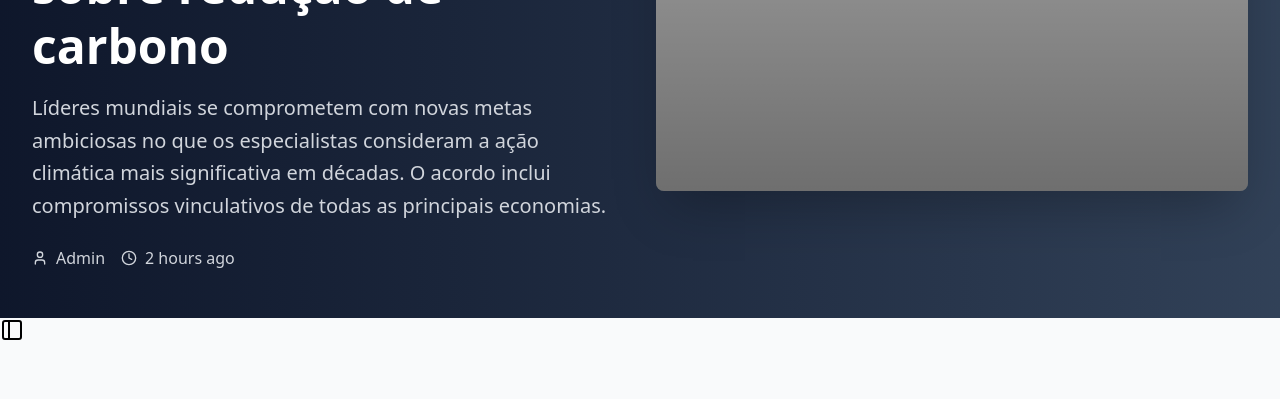
Repository: estevam02009/news-blog
Page: /
An editor plug-in stored every save of this project. The page is shown before and after the next save, followed by the edit.
The browser window is 1280 px wide. The pictures show the part of the page from y = 321 to 1273 px (the page is 720 px tall before and 1273 px after).
Pictures or frames that could not be fetched are drawn as grey boxes. The project was rebuilt for these pictures with package versions that can differ from the ones it lists, and the page was loaded fresh each time. Also part of the build but not shown: vite.config.ts.

Above is the page before, as saved 2025-08-08 19:01:24.

### index.html
<!doctype html>
<html lang="pt-BR">
  <head>
    <meta charset="UTF-8" />
    <link rel="icon" type="image/svg+xml" href="/vite.svg" />
    <meta name="viewport" content="width=device-width, initial-scale=1.0" />
    <title>News Blog</title>
  </head>
  <body>
    <div id="root"></div>
    <script type="module" src="/src/main.tsx"></script>
  </body>
</html>

### src/App.tsx
import { Sidebar } from "lucide-react"
import Header from "./components/Header"
import Hero from "./components/Hero"

function App() {

  return (
    <div className="min-h-screen bg-gray-50">
      <Header />
      <Hero />
      <Sidebar />
    </div>
  )
}

export default App

### src/components/Header.tsx
import React from 'react'
import { Search, Menu, Bell, User } from 'lucide-react'

const Header: React.FC = () => {
    return (
        <header className='bg-white shadow-sm border-b border-gray-200 sticky top-0 z-50'>
            <div className='max-w-7xl mx-auto px-4 sm:px-6 lg:px-8'>
                <div className='flex items-center justify-between h-16'>
                    {/* LOGO */}
                    <div className='flex items-center'>
                        <h1 className='text-2xl font-bold text-slate-800'>News Blog</h1>
                    </div>

                    {/* Desktop Navigation */}
                    <nav className='hidden md:flex items-center space-x-8'>
                        <a href='/' className='text-slate-700 hover:text-blue-600 font-medium transition-colors'>Home</a>
                        <a href='#' className='text-slate-700 hover:text-blue-600 font-medium transition-colors'>Politica</a>
                        <a href='#' className='text-slate-700 hover:text-blue-600 font-medium transition-colors'>Tecnologia</a>
                        <a href='#' className='text-slate-700 hover:text-blue-600 font-medium transition-colors'>Negócios</a>
                        <a href='#' className='text-slate-700 hover:text-blue-600 font-medium transition-colors'>Esportes</a>
                        <a href='#' className='text-slate-700 hover:text-blue-600 font-medium transition-colors'>Saúde</a>
                    </nav>

                    {/* Pesquisa e Ações */}
                    <div className='flex items-center space-x-4'>
                        <div className='relative hidden sm:block'>
                            <Search className='absolute top-1/2 left-3 transform -translate-y-1/2  h-4 w-4 text-gray-400' />
                            <input
                                type='text'
                                placeholder='Pesquisar...'
                                className='pl-10 pr-4 py-2 border border-gray-300 rounded-lg focus:ring-2 focus:ring-blue-500 focus:border-transparent w-64'
                            />
                        </div>
                        <button className='p-2 text-gray-600 hover:text-blue-600 transition-colors'>
                            <Bell className='h-5 w-5' />
                        </button>
                        <button className='p-2 text-gray-600 hover:text-blue-600 transition-colors'>
                            <User className='h-5 w-5' />
                        </button>
                        <button className='p-2 text-gray-600 hover:text-blue-600 transition-colors'>
                            <Menu className='h-5 w-5' />
                        </button>
                    </div>
                </div>
            </div>
        </header>
    )
}

export default Header

### src/components/Hero.tsx
import { Clock, User } from "lucide-react";
import React from "react";
// import { Clock, User } from "lucide-react";

const Hero: React.FC = () => {
    return (
        <section className="bg-gradient-to-r from-slate-900 to-slate-700 text-white py-12">
            <div className="max-w-7xl mx-auto px-4 sm:px-6 lg:px-8">
                <div className="grid grid-cols-1 lg:grid-cols-2 gap-8 items-center">
                    <div>
                        <span className="inline-block bg-red-600 text-white px-3 py-1 text-sm font-semibold rounded-full mb-4">
                            NOTÍCIA EM DESTAQUE
                        </span>
                        <h1 className="text-4xl lg:text-5xl font-bold mb-4 leading-tight">
                            Cúpula Global do Clima chega a acordo histórico sobre redução de carbono
                        </h1>
                        <p className="text-xl text-gray-300 mb-6 leading-relaxed">
                            Líderes mundiais se comprometem com novas metas ambiciosas no que os especialistas consideram a ação climática mais significativa em décadas. O acordo inclui compromissos vinculativos de todas as principais economias.
                        </p>
                        <div className="flex items-center space-x-4 text-gray-300">
                            <div className="flex items-center space-x-2">
                                <User className="h-4 w-4" />
                                <span>Admin</span>
                            </div>
                            <div className="flex items-center space-x-2">
                                <Clock className="h-4 w-4" />
                                <span>2 hours ago</span>
                            </div>
                        </div>
                    </div>
                    <div className="relative">
                        <img
                            src="https://images.pexels.com/photos/3622517/pexels-photo-3622517.jpeg?auto=compress&cs=tinysrgb&w=800"
                            alt="Climate Summit"
                            className="w-full h-80 object-cover rounded-lg shadow-2xl"
                        />
                        <div className="absolute inset-0 bg-gradient-to-t from-black/30 to-transparent rounded-lg"></div>
                    </div>
                </div>
            </div>
        </section>
    );
};

export default Hero;

### src/components/Sidebar.tsx
import { TrendingUp, Calendar } from "lucide-react";
import React from "react";

const Sidebar: React.FC = () => {

    const trendingTopics = [
        'Cúpula sobre Mudanças Climáticas',
        'Atualizações da Indústria de Tecnologia',
        'Perspectivas Econômicas Globais',
        'Inovação em Saúde',
        'Exploração Espacial',
    ]

    const popularArticles = [
        {
            title: 'Novo avanço da IA muda tudo',
            readTime: '5 minutos de leitura',
            views: '12.8k'
        },
        {
            title: 'Análise de Mercado: Previsões para o 4º Trimestre',
            readTime: '8 minutos de leitura',
            views: '18.2k'
        },
        {
            title: 'Revolução da Energia Sustentável',
            readTime: '6 minutos de leitura',
            views: '12.8k'
        },
    ]

    return (
        <aside className="lg:w-80">
            <div className="space-y-8">
                {/* Trending Topics */}
                <div className="bg-white rounded-lg shadow-md p-6">
                    <TrendingUp className="h-5 w-5 text-red-500" />
                    <h3 className="text-lg font-semibold text-gray-900">Tendências do Momento</h3>
                </div>
                <div className="space-y-3">
                    {trendingTopics.map((topic, index) => (
                        <div key={index} className="flex items-center justify-between">
                            <span className="text-gray-700 hover:text-blue-600 cursor-pointer transition-colors">
                                #{topic.replace(/\s+/g, '')}
                            </span>
                            <span className="text-sm text-gray-500">#{index + 1}</span>
                        </div>
                    ))}
                </div>
            </div>

            {/* Popular Articles */}
            <div className="bg-white rounded-lg shadow-md p-6">
                <div className="flex items-center space-x-2 mb-4">
                    <Calendar className="h-5 w-5 text-blue-500" />
                    <h3 className="text-lg font-semibold text-gray-900">Mais populares</h3>
                </div>
                <div className="space-y-4">
                    {popularArticles.map((article, index) => (
                        <div key={index} className="border-b border-gray-100 last:border-b-0 pb-4 last:pb-0">
                            <h4 className="font-medium text-gray-900 hover:text-blue-600 cursor-pointer transition-colors mb-2">
                                {article.title}
                            </h4>
                            <div className="flex items-center justify-between text-sm text-gray-500">
                                <span>{article.readTime}</span>
                                <span>{article.views} views</span>
                            </div>
                        </div>
                    ))}
                </div>
            </div>
        </aside>
    );
};

export default Sidebar

Loaded but not shown: src/main.tsx (common file); src/index.css (common file)

After the next save:
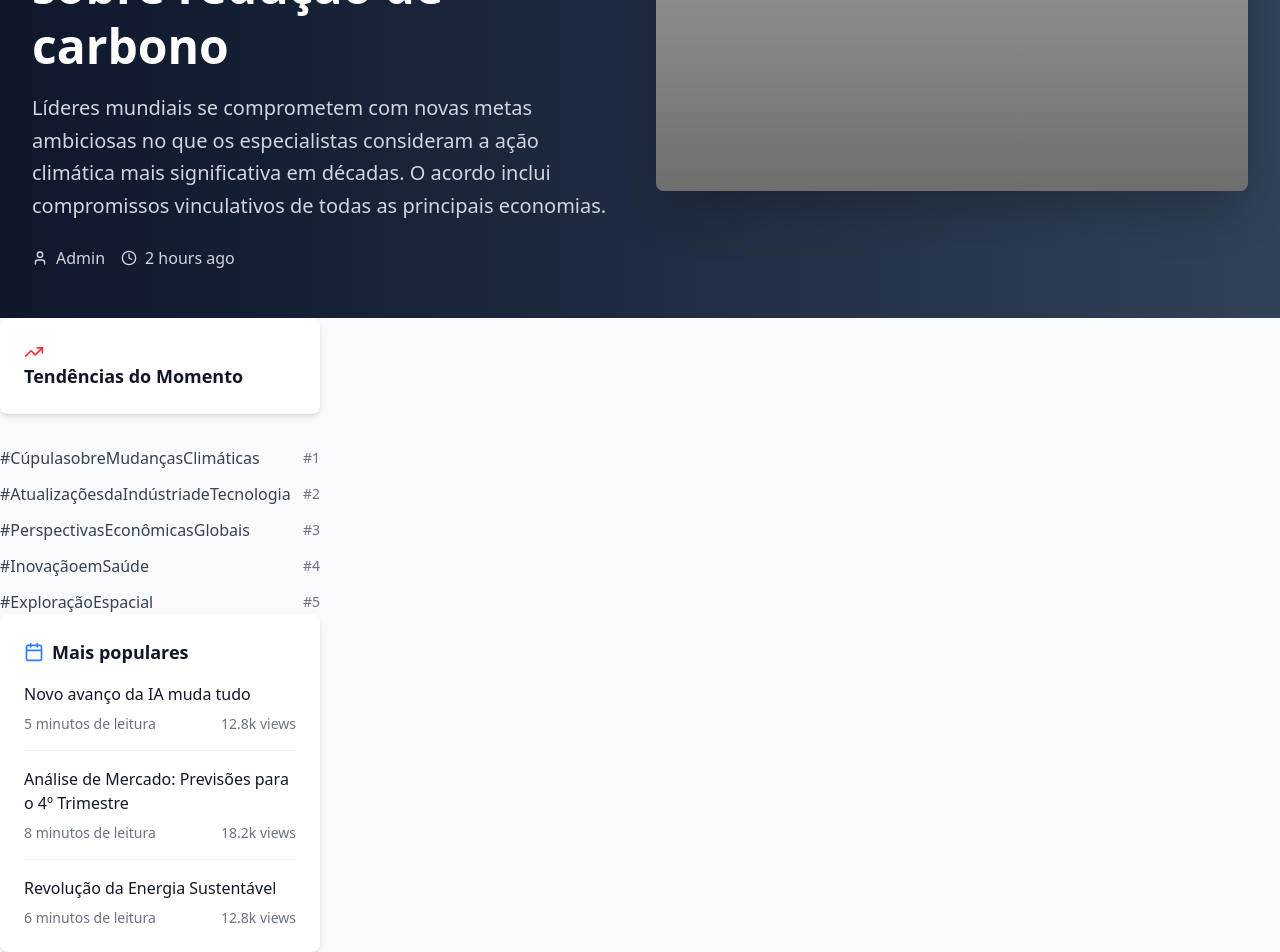
Saved 41 s later.
--- a/src/App.tsx
+++ b/src/App.tsx
@@ -1,6 +1,7 @@
-import { Sidebar } from "lucide-react"
+
 import Header from "./components/Header"
 import Hero from "./components/Hero"
+import Sidebar from "./components/Sidebar"
 
 function App() {
 
